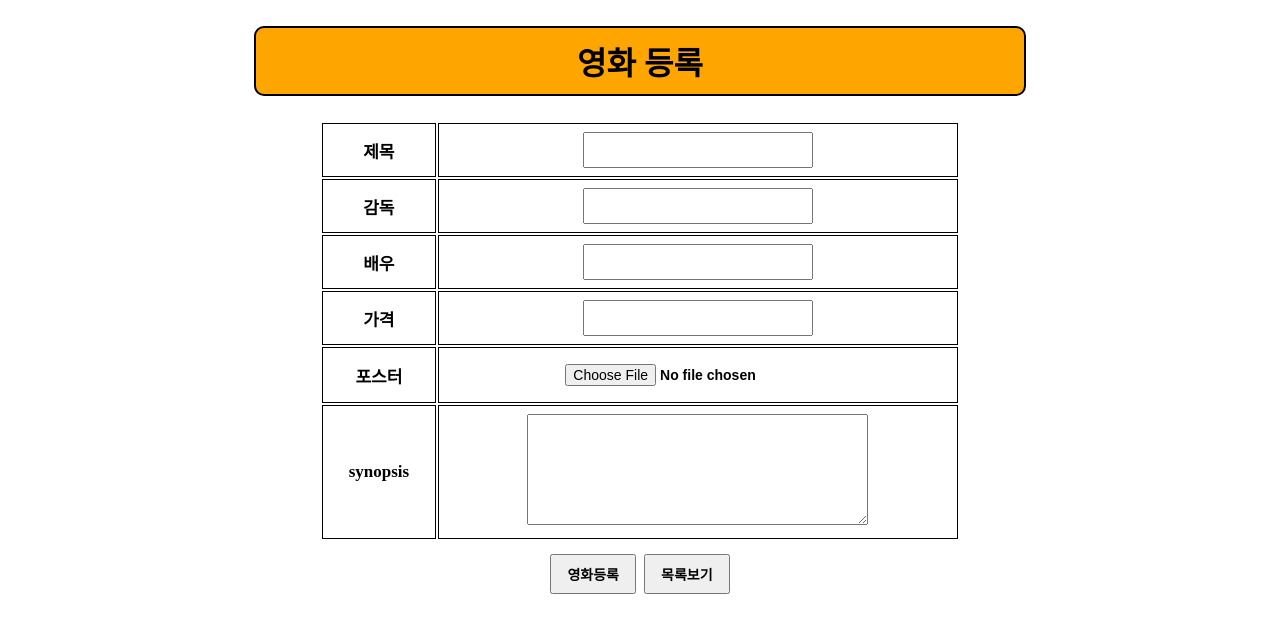
Repository: EverythingOfC/movie
Page: http://localhost/movie/movie/insert.jsp
These files come from the project's save history. The page is drawn as it stood at one moment and after the next save; the edit follows.
The browser window is 1280 px wide. The pictures show the whole page.
The page is served by Tomcat 9. Nobody is signed in. The application's start-up code is not run.

Above is the page before, as saved 2023-01-02 04:09:46.

After the next save:
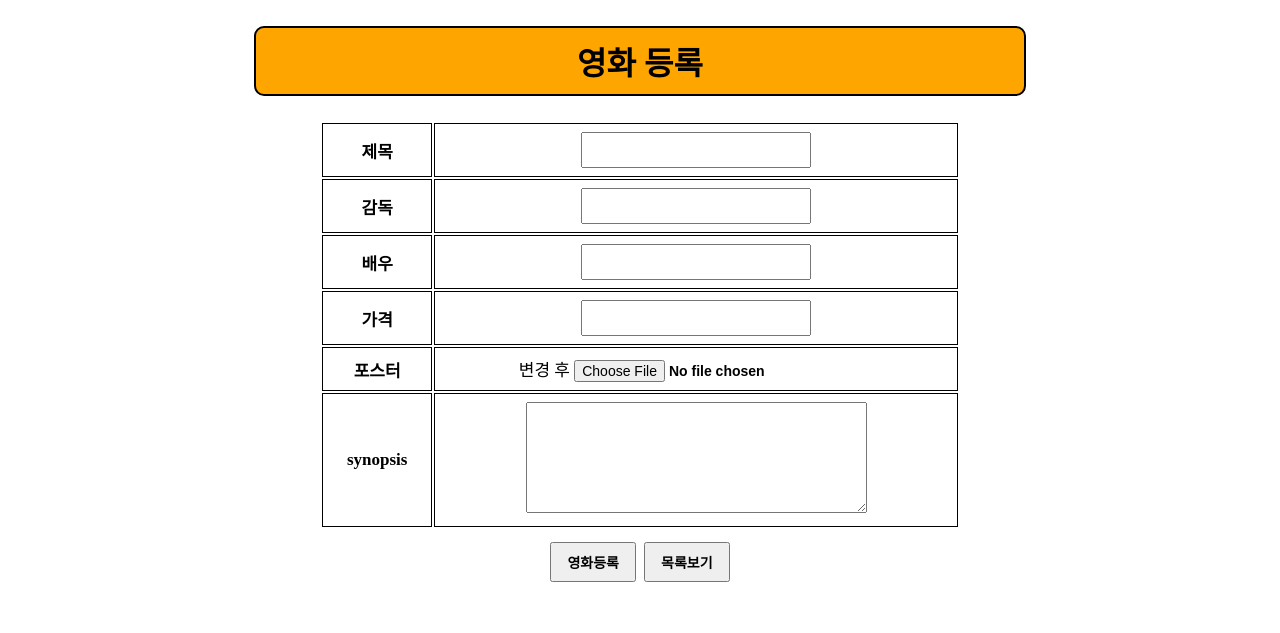
Saved 30 s later.
--- a/movie/src/main/webapp/movie/insert.jsp
+++ b/movie/src/main/webapp/movie/insert.jsp
@@ -43,8 +43,10 @@
 
 		<tr>
 		<th>포스터</th>
-		<td><input type="file" name="poster"></td>
+		<td><div>변경 후 <input type="file" name="poster" onchange="readURL(this);" style="padding:0; text-align:center;">
+				  <img id="preview"/></div></td>
 		</tr>
+
 
 		<tr>
 		<th>synopsis</th>
